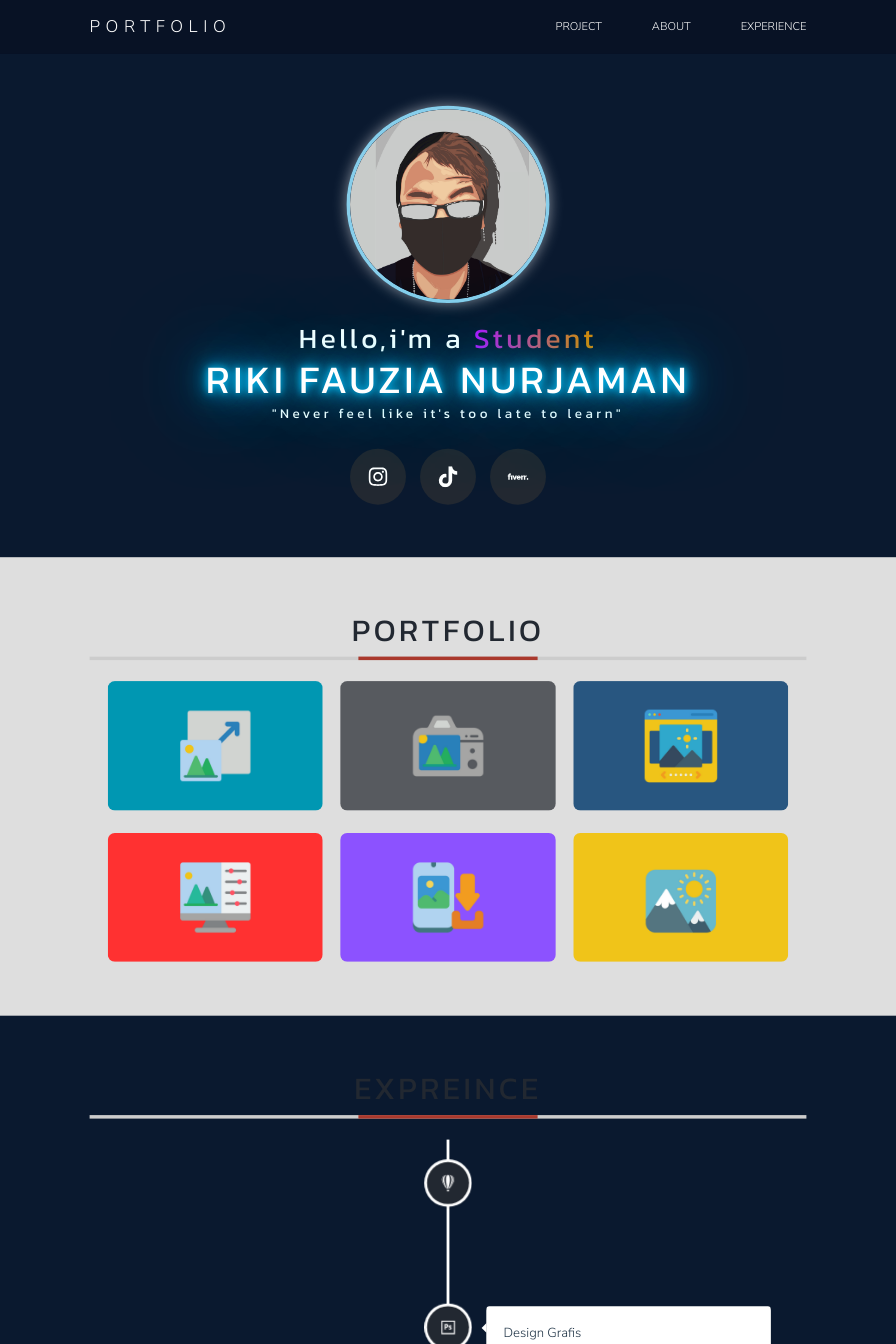
Repository: sellayspy/Portofolio
Page: /
The author's editor kept a copy of each file at every save. The page is drawn from the files as they stood at one save, then again after the next save.
The browser window is 1280 px wide. The pictures show the part of the page from y = 0 to 1920 px (the page is 3848 px tall), at 70% of full size.
The project was rebuilt for these pictures with package versions that can differ from the ones it lists, and the page was loaded fresh each time. Also part of the build but not shown: vite.config.js, src/styles/DetailPortfolio.css, src/components/ScrollToTop.jsx, src/pages/DetailPortfolio.jsx, src/pages/PagesNotFound.jsx.

Above is the page before, as saved 2024-09-14 12:11:35.

### index.html
<!DOCTYPE html>
<html lang="en">
  <head>
    <meta charset="UTF-8" />
    <link rel="icon" type="image/svg+xml" href="/vite.svg" />
    <meta name="viewport" content="width=device-width, initial-scale=1.0" />
    <title>Portofolio RikiFN</title>
  </head>
  <body>
    <div id="root"></div>
    <script type="module" src="/src/main.jsx"></script>
  </body>
</html>

### src/App.jsx
import "./App.css";
import Home from "./pages/Home";
import DetailPortfolio from "./pages/DetailPortfolio";

import { BrowserRouter, Routes, Route } from "react-router-dom";
import PagesNotFound from "./pages/PagesNotFound";

const App = () => {
  return (
    <BrowserRouter>
      <Routes>
        <Route path="/" element={<Home />} />
        <Route path="/portfolio/:id" element={<DetailPortfolio />} />
        <Route path="/pages-not-found" element={<PagesNotFound />} />
        <Route path="*" element={<PagesNotFound />} />
      </Routes>
    </BrowserRouter>
  );
};

export default App;

### src/App.css
/* Global */
@import url("https://fonts.googleapis.com/css2?family=Nunito+Sans:opsz,wght@6..12,300&display=swap");
@import url("https://fonts.googleapis.com/css2?family=Kanit&display=swap");

html,
body {
  margin: 0px;
  padding: 0px;
  font-size: 16px;
  font-family: "Nunito Sans", sans-serif;
  scroll-behavior: smooth;
  background-color: #dedede;
}
.wrapper {
  width: 1024px;
  margin: auto;
  padding: 20px 0px 20px 0px;
}

section {
  padding: 50px 0px 50px 0px;
}

.wrapper > h3,
.wrapper > h1 {
  text-align: center;
  font-size: 2.8rem;
  margin: 0px 0px 30px 0px;
  padding: 0px;
  font-family: "Kanit", sans-serif;
  color: #222831;
  letter-spacing: 5px;
  text-transform: uppercase;
  border-bottom: 5px solid #cccccc;
}
.wrapper > h3::after,
.wrapper > h1::after {
  content: "";
  display: block;
  border-bottom: 5px solid #aa392d;
  width: 25%;
  position: relative;
  bottom: -5px; /* your padding + border-width */
  margin: auto;
}

@media only screen and (max-width: 1000px) {
  .wrapper {
    width: 80%;
  }
}

### src/pages/Home.jsx
import About from "../components/About";
import Experience from "../components/Experience";
import Footer from "../components/Footer";
import Header from "../components/Header";
import Navbar from "../components/Navbar";
import Portfolio from "../components/Portfolio";

function Home() {
  return (
    <>
      <Navbar />
      <Header />
      <Portfolio />
      <Experience />
      <About />
      <Footer />
    </>
  );
}

export default Home;

### src/components/About.jsx
import { FaHtml5 } from "react-icons/fa";
import { IoLogoJavascript } from "react-icons/io";
import { FaCss3 } from "react-icons/fa";
import { FaLaravel } from "react-icons/fa";
import { FaReact } from "react-icons/fa";
import { RiTailwindCssFill } from "react-icons/ri";
import { SiCoreldraw } from "react-icons/si";
import { SiAdobephotoshop } from "react-icons/si";
import "../styles/About.css";

const About = () => {
  return (
    <section id="about">
      <div className="wrapper">
        <h3>About</h3>
        <p>
          Lorem ipsum dolor sit amet consectetur adipisicing elit. Totam magni,
          dolorum, explicabo obcaecati ut impedit officiis quae non natus
          praesentium ex, excepturi asperiores laboriosam distinctio vitae
          cupiditate nulla debitis consectetur?
        </p>
        <p>
          Lorem ipsum dolor sit amet consectetur, adipisicing elit. Corporis,
          similique.
        </p>
        <p>Lorem ipsum dolor sit amet.</p>
        <h4>Programing Language & Tools</h4>
        <div className="skills">
          <FaHtml5 />
          <FaCss3 />
          <IoLogoJavascript />
          <RiTailwindCssFill />
          <FaLaravel />
          <FaReact />
          <SiCoreldraw />
          <SiAdobephotoshop />
        </div>
      </div>
    </section>
  );
};

export default About;

### src/components/Experience.jsx
import {
  VerticalTimeline,
  VerticalTimelineElement,
} from "react-vertical-timeline-component";
import "react-vertical-timeline-component/style.min.css";
import { SiNestjs } from "react-icons/si";
import { FaLaravel } from "react-icons/fa";
import { RiReactjsLine } from "react-icons/ri";
import { RiNextjsFill } from "react-icons/ri";
import { FaJava } from "react-icons/fa";
import { SiCoreldraw } from "react-icons/si";
import { DiPhotoshop } from "react-icons/di";
import "../styles/Experience.css";
const Experience = () => {
  return (
    <section id="experience">
      <div className="wrapper">
        <h3>Expreince</h3>

        <VerticalTimeline>
          <VerticalTimelineElement
            className="vertical-timeline-element--work"
            iconStyle={{ background: "#222831", color: "#fff" }}
            icon={<SiCoreldraw />}
          >
            <h3 className="vertical-timeline-element-title">Design Grafis</h3>
            <h4 className="vertical-timeline-element-subtitle">
              2018 - Present
            </h4>
            <p>User Experience, Visual Design</p>
          </VerticalTimelineElement>
          <VerticalTimelineElement
            className="vertical-timeline-element--work"
            iconStyle={{ background: "#222831", color: "#fff" }}
            icon={<DiPhotoshop />}
          >
            <h3 className="vertical-timeline-element-title">Design Grafis</h3>
            <h4 className="vertical-timeline-element-subtitle">
              2018 - Present
            </h4>
            <p>User Experience, Visual Design</p>
          </VerticalTimelineElement>
          <VerticalTimelineElement
            className="vertical-timeline-element--work"
            iconStyle={{ background: "#222831", color: "#fff" }}
            icon={<RiReactjsLine />}
          >
            <h3 className="vertical-timeline-element-title">Web Development</h3>
            <h4 className="vertical-timeline-element-subtitle">
              2018 - Present
            </h4>
            <p>User Experience, Visual Design</p>
          </VerticalTimelineElement>
          <VerticalTimelineElement
            className="vertical-timeline-element--work"
            date="2024 - present"
            iconStyle={{ background: "#222831", color: "#fff" }}
            icon={<RiNextjsFill />}
          >
            <h3 className="vertical-timeline-element-title">Web Designer</h3>
            <h4 className="vertical-timeline-element-subtitle">
              Los Angeles, CA
            </h4>
            <p>User Experience, Visual Design</p>
          </VerticalTimelineElement>
          <VerticalTimelineElement
            className="vertical-timeline-element--work"
            date="2024 - present"
            iconStyle={{ background: "#222831", color: "#fff" }}
            icon={<FaJava />}
          >
            <h3 className="vertical-timeline-element-title">Web Designer</h3>
            <h4 className="vertical-timeline-element-subtitle">
              Los Angeles, CA
            </h4>
            <p>User Experience, Visual Design</p>
          </VerticalTimelineElement>
          <VerticalTimelineElement
            className="vertical-timeline-element--work"
            date="2024 - present"
            iconStyle={{ background: "#222831", color: "#fff" }}
            icon={<SiCoreldraw />}
          >
            <h3 className="vertical-timeline-element-title">Web Designer</h3>
            <h4 className="vertical-timeline-element-subtitle">
              Los Angeles, CA
            </h4>
            <p>User Experience, Visual Design</p>
          </VerticalTimelineElement>
          <VerticalTimelineElement
            className="vertical-timeline-element--work"
            date="2024 - present"
            iconStyle={{ background: "#222831", color: "#fff" }}
            icon={<DiPhotoshop />}
          >
            <h3 className="vertical-timeline-element-title">Web Designer</h3>
            <h4 className="vertical-timeline-element-subtitle">
              Los Angeles, CA
            </h4>
            <p>User Experience, Visual Design</p>
          </VerticalTimelineElement>
        </VerticalTimeline>
      </div>
    </section>
  );
};

export default Experience;

### src/components/Footer.jsx
import "../styles/Footer.css";

const Footer = () => {
  return <footer>&copy; 2024. Riki Fauzia Nurjaman</footer>;
};

export default Footer;

### src/components/Header.jsx
import profilePicture from "../assets/test.png";
import { FaInstagram } from "react-icons/fa";
import { FaTiktok } from "react-icons/fa";
import { SiFiverr } from "react-icons/si";
import "../styles/Header.css";
const Header = () => {
  return (
    <header>
      <div className="header-jumbotron">
        <img src={profilePicture} />
        <div className="header-text">
          <h4>
            Hello,i'm a <span></span>
          </h4>
          <h3>Riki Fauzia Nurjaman</h3>
          <p>"Never feel like it's too late to learn"</p>
        </div>
        <div className="socialMedia">
          <a href="https://www.instagram.com/rikifauzianurjaman/">
            <FaInstagram />
          </a>
          <a href="https://www.tiktok.com/@officialspylike">
            <FaTiktok />
          </a>
          <a href="https://www.fiverr.com/rikifauzianurja">
            <SiFiverr />
          </a>
        </div>
      </div>
    </header>
  );
};

export default Header;

### src/components/Navbar.jsx
import { FaBars } from "react-icons/fa6";
import { IoClose } from "react-icons/io5";
import "../styles/Navbar.css";
import { useState } from "react";
import { HashLink } from "react-router-hash-link";
import { Link } from "react-router-dom";

const Navbar = () => {
  const [statusTampil, setStatusTampil] = useState("");

  const tampilMenu = () => {
    if (statusTampil == "") {
      setStatusTampil("tampil");
    } else {
      setStatusTampil("");
    }
  };
  return (
    <nav>
      <div className="wrapper">
        <div className="logo">
          <Link to="/">Portfolio</Link>
        </div>
        <button onClick={tampilMenu}>
          {statusTampil == "" ? <FaBars /> : <IoClose />}
        </button>
        <div className={`menu ${statusTampil}`} onClick={tampilMenu}>
          <ul>
            <li>
              <HashLink to="/#portfolio">Project</HashLink>
            </li>
            <li>
              <HashLink to="/#about">About</HashLink>
            </li>
            <li>
              <HashLink to="/#experience">Experience</HashLink>
            </li>
          </ul>
        </div>
      </div>
    </nav>
  );
};

export default Navbar;

### src/components/Portfolio.jsx
import { portfolioList } from "../data/DataPortfolio";

import { Link } from "react-router-dom";

import "../styles/Portfolio.css";

const Portfolio = () => {
  return (
    <section id="portfolio">
      <div className="wrapper">
        <h3>Portfolio</h3>
        <div className="grid">
          {portfolioList.map((item) => {
            return (
              <div className="item" key={item.id}>
                <Link to={`/portfolio/${item.id}`}>
                  <img src={item.image} />
                </Link>
              </div>
            );
          })}
        </div>
      </div>
    </section>
  );
};

export default Portfolio;

### src/data/DataPortfolio.jsx
import portfolio1 from "../assets/portfolio1.png";
import portfolio2 from "../assets/portfolio2.png";
import portfolio3 from "../assets/portfolio3.png";
import portfolio4 from "../assets/portfolio4.png";
import portfolio5 from "../assets/portfolio5.png";
import portfolio6 from "../assets/portfolio6.png";

export const portfolioList = [
  {
    id: "1",
    title: "Website Portofolio",
    image: portfolio1,
    skill: "html, css, javascript",
  },
  {
    id: "2",
    title: "Website Portofolio2",
    image: portfolio2,
    skill: "laravel, react, api, typescript, tailwind",
  },
  {
    id: "3",
    title: "Website Portofolio3",
    image: portfolio3,
    skill: "react, javascript, css, html",
  },
  {
    id: "4",
    title: "Website Portofolio4",
    image: portfolio4,
    skill: "reactjs, typescript, tailwind, nodejs",
  },
  {
    id: "5",
    title: "Desain Grafis Portofolio",
    image: portfolio5,
    skill: "adobephotoshop, coreldraw",
  },
  {
    id: "6",
    title: "Desain Grafis Portofolio2",
    image: portfolio6,
    skill: "adobephotoshop, coreldraw",
  },
];

### src/styles/About.css
#about {
  background-color: #eaedef;
  position: relative;
  font-size: 1.2rem;
}
#about > .wrapper {
  margin: auto;
  width: 50%;
}
#about > .wrapper > h3 {
  text-align: center;
  font-size: 2.8rem;
  margin: 0px 0px 30px 0px;
  padding: 0px;
  font-family: "Kanit", sans-serif;
  color: #333;
  letter-spacing: 5px;
  text-transform: uppercase;
}
#about > .wrapper > p {
  text-align: center;
}

#about > .wrapper > h4 {
  text-align: center;
  font-size: 1.4rem;
  margin: 0px 0px 20px 0px;
  padding: 0px;
  font-family: "Kanit", sans-serif;
  letter-spacing: 5px;
  color: #333;
}
.skills {
  text-align: center;
}
.skills > svg {
  display: inline-block;
  color: #74797e;
  width: 50px;
  height: auto;
  margin: 10px;
  cursor: pointer;
}

.skills > svg:hover {
  color: #aa392d;
}

@media only screen and (max-width: 1000px) {
  #about > .wrapper {
    width: 80%;
  }
}

### src/styles/Experience.css
#experience {
  background-color: #0a192f;
  position: relative;
}

### src/styles/Footer.css
footer {
  background-color: #39404a;
  text-align: center;
  line-height: 100px;
  color: #fff;
  letter-spacing: 5px;
}

### src/styles/Header.css
header {
  background-color: #0a192f;
  height: 100vh;
  background-position: center center;
  position: relative;
  font-family: "Kanit", sans-serif;
  letter-spacing: 5px;
}

.header-jumbotron {
  position: absolute;
  top: 0;
  left: 0;
  display: flex;
  width: 100%;
  height: 100%;
  justify-content: center;
  align-items: center;
  flex-direction: column;
  text-align: center;
}
.header-jumbotron > img {
  width: 280px;
  border: 5px solid skyblue;
  border-radius: 100%;
  box-shadow: 0px 0px 20px rgba(255, 255, 255, 0.5);
}


.header-jumbotron > .header-text > h4 {
  color: #fff;
  margin: 20px 0px 0px 0px;
  padding: 0px;
  font-size: 2.5rem;
}

.header-jumbotron > .header-text > h4 > span {
  position: relative;
}

.header-jumbotron > .header-text > h4 > span::before {
  content: "Student";
  background: linear-gradient(270deg, #df8908 10%, #b415ff 100%);
  background-clip: text;
  -webkit-background-clip: text;
  -webkit-text-fill-color: transparent;
  animation: words 20s infinite;
}

.header-jumbotron > .header-text > h4 > span::after {
  content: "";
  position: absolute;
  width: calc(100% + 8px);
  height: 100%
  background-color: #2f3542;
  border-left: 2px solid #ff7f50;
  right: -8px;
  animation: cursor .8s infinite, typing 20s steps(14) infinite;
}

@keyframes cursor {
  to {
    border-left: 2px solid #ff7f5000;
  }
}

@keyframes words {
  0%,33% {
    content: 'Student';
  }
  34%,66% {
    content: "Programmer";
  }
  67%,100%{
    content: "Designer";
  }
}

@keyframes typing{
  10%,15%,30%,35%,50%,55%,70%,75%,90%,95%{
    width: 0;
  }
  5%,20%,25%,40%,45%,60%,65%,80%,85%{
    width: calc(100% + 8px);
  }
}

.header-jumbotron > .header-text > h3 {
  position: relative;
  color: #0e3742; /* Warna awal sebelum animasi */
  margin: 10px 0px 0px 0px;
  padding: 0px;
  font-size: 3.5rem;
  text-transform: uppercase;
  line-height: 0.7em;
  outline: none;
  animation: animate 5s linear forwards; /* Menggunakan forwards agar berhenti di akhir */
}

@keyframes animate {
  0% {
    color: #0e3742; /* Warna teks awal */
    text-shadow: none; /* Tidak ada bayangan teks di awal */
  }
  100% {
    color: #fff; /* Warna teks saat menyala */
    text-shadow: 0 0 10px #03bcf4, 0 0 20px #03bcf4, 0 0 40px #03bcf4,
      0 0 80px #03bcf4, 0 0 160px #03bcf4; /* Efek cahaya di akhir animasi */
  }
}

.header-jumbotron > .header-text > p {
  padding: 15px;
  margin: 0px 5px 20px 5px;
  color: #fff;
  font-size: 1.2rem;
}
.socialMedia {
  color: #fff;
  display: flex;
  gap: 20px;
}

.socialMedia > a {
  background-color: #222831;
  color: #fff;
  width: 80px;
  height: 80px;
  border-radius: 50%;
  display: flex;
  justify-content: center;
  align-items: center;
  transition: transform 0.3s ease-in-out;
}
.socialMedia > a > svg {
  height: 30px;
  width: auto;
}
.socialMedia > a:hover {
  background-color: #aa392d;
  box-shadow: 0px 0px 10px rgba(255, 255, 255, 0.5);
  transform: scale(1.2);
}

@media only screen and (max-width: 1000px) {
  .socialMedia > a {
    width: 60px;
    height: 60px;
  }

  .socialMedia > a > svg {
    height: 30px;
    width: auto;
  }
}

### src/styles/Navbar.css
nav {
  background-color: #081225;
  color: #fff;
  position: sticky;
  top: 0;
  z-index: 100;
  text-transform: uppercase;
  box-shadow
}
nav > .wrapper {
  display: flex;
  justify-content: space-between;
  align-items: center;
}

.menu {
  width: 35%;
}

.logo {
  display: flex;
  align-items: center;
}
.logo > a {
  color: #fff;
  text-decoration: none;
  font-size: 1.5rem;
  font-weight: 900;
  letter-spacing: 8px;
}
.menu > ul {
  display: flex;
  list-style-type: none;
  margin: 0px;
  padding: 0px;
  justify-content: space-between;
  font-weight: bold;
}

.menu > ul > li > a {
  position: relative;
  text-decoration: none;
  color: #fff;
}

.menu > ul > li > a::before {
  content: "";
  position: absolute;
  top: 100%;
  left: 0;
  width: 0;
  height: 2px;
  background: yellow;
  transition: 0.3s;
}

.menu > ul > li > a:hover::before {
  width: 100%;
}

nav > .wrapper > button {
  cursor: pointer;
  display: none;
  position: absolute;
  right: 10px;
  top: 10px;
  border: 0px;
  background-color: transparent;
  padding: 0px;
}
nav > .wrapper > button > svg {
  color: #fff;
  font-size: 50px;
}
@media only screen and (max-width: 1000px) {
  .menu > ul {
    display: none;
  }
  .menu.tampil > ul {
    display: inline;
  }
  .menu {
    text-align: right;
  }
  nav > .wrapper > button {
    display: inline;
  }
  .menu > ul {
    flex-direction: column;
    background-color: #060d1c;
    width: 100%;
    position: fixed;
    top: 70px;
    left: 0;
  }
  .menu > ul > li {
    text-align: left;
    cursor: pointer;
  }
  .menu > ul > li > a {
    display: inline-block;
    padding: 15px 20px 15px 50px;
    width: 100%;
  }
  .menu > ul > li > a:hover {
    background-color: #000;
  }
}

### src/styles/Portfolio.css
.grid {
  display: grid;
  grid-template-columns: 30% 30% 30%;
  grid-gap: 25px;
  justify-content: center;
}

.grid > .item > a > img {
  width: 100%;
  border-radius: 10px;
}

@media only screen and (max-width: 1000px) {
  .grid {
    grid-template-columns: 45% 45%;
  }
}

Loaded but not shown: src/main.jsx (common file); src/index.css (common file)

After the next save:
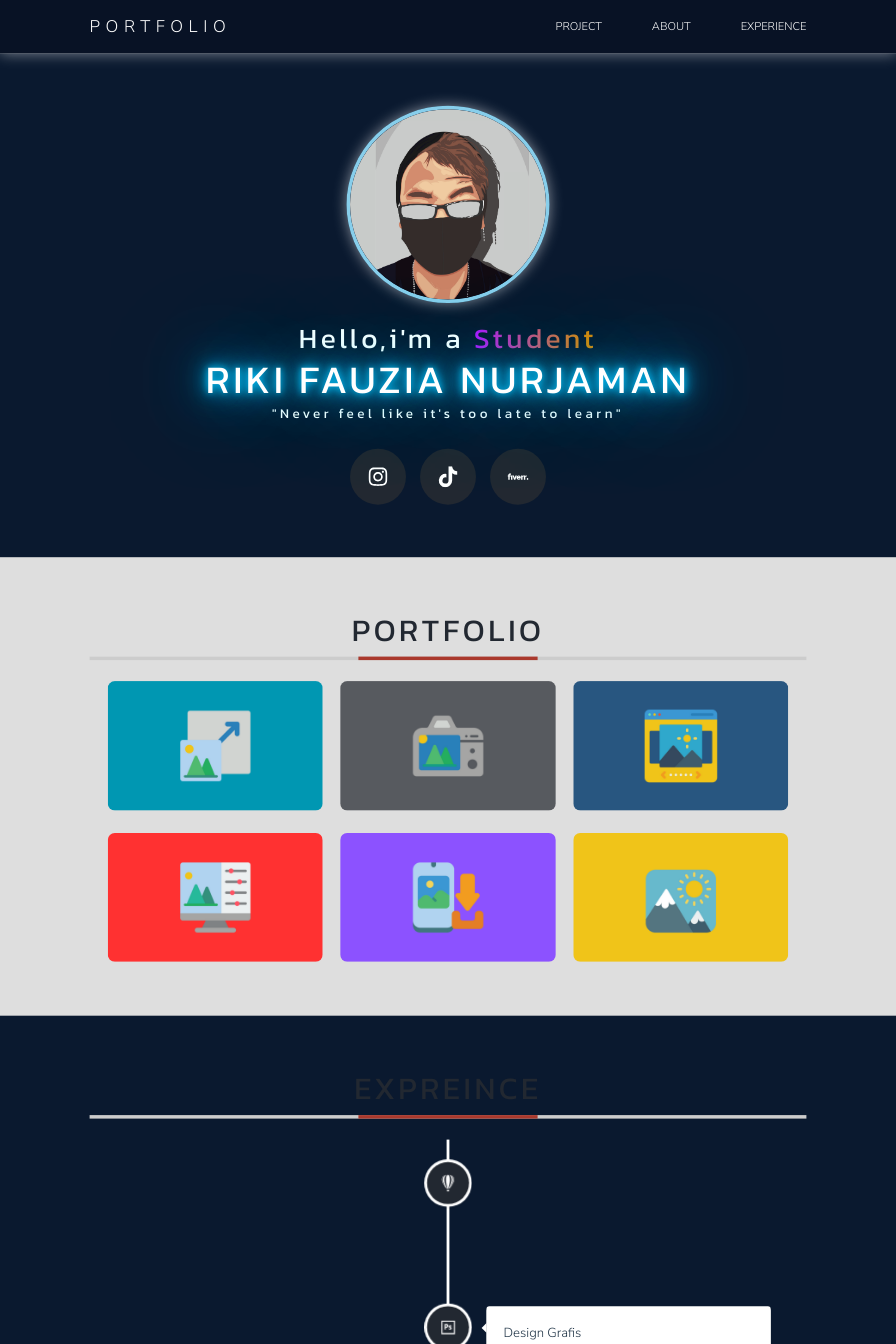
Saved 17 s later.
--- a/src/styles/Navbar.css
+++ b/src/styles/Navbar.css
@@ -5,7 +5,7 @@ nav {
   top: 0;
   z-index: 100;
   text-transform: uppercase;
-  box-shadow
+  box-shadow: 0px 0px 20px rgba(255, 255, 255, 0.5);
 }
 nav > .wrapper {
   display: flex;
